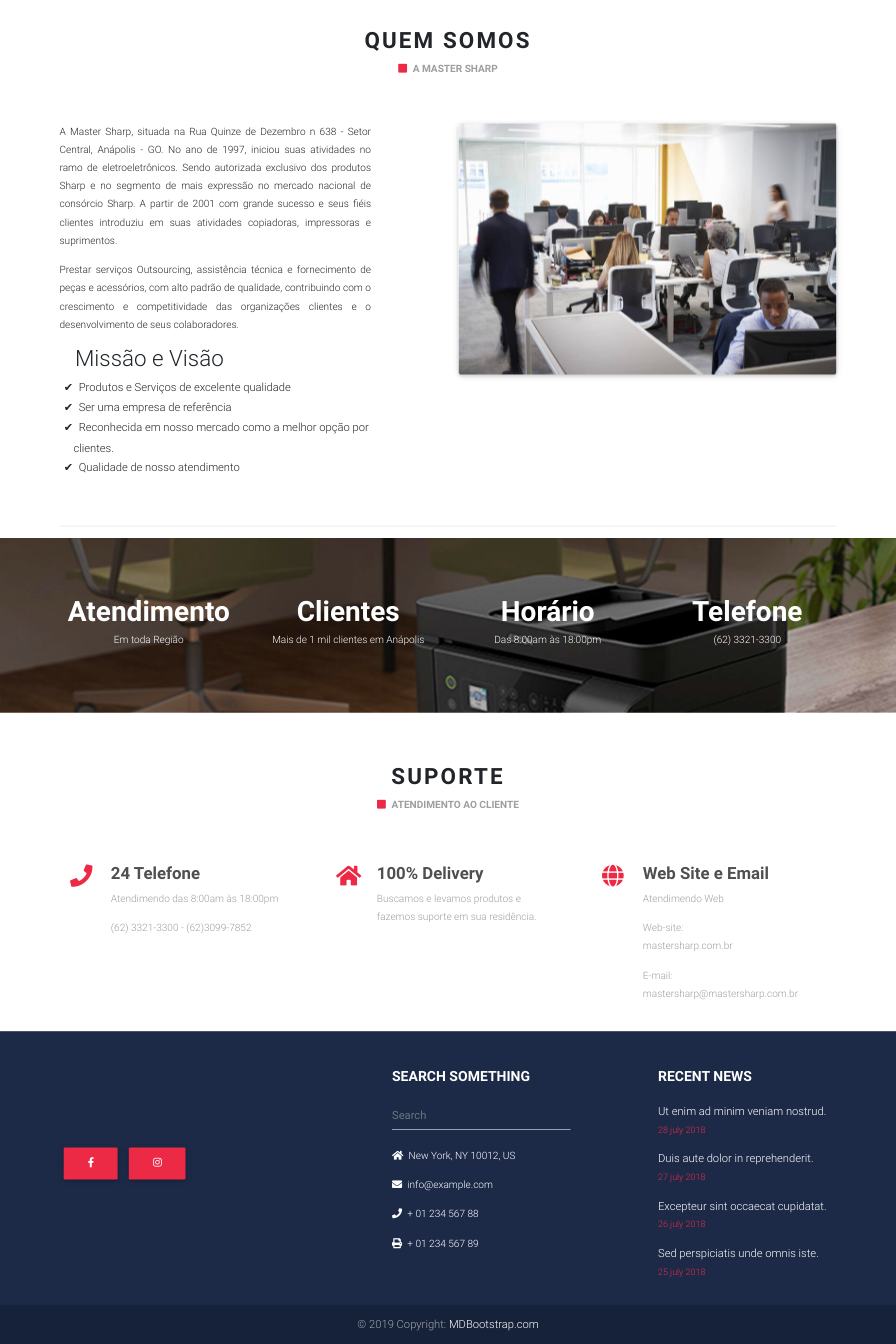
Repository: SalomaoMiguel/mastshap
Page: html/index.html
These files come from the project's save history. The page is drawn as it stood at one moment and after a run of saves; the edit follows.
The browser window is 1280 px wide. The pictures show the part of the page from y = 1373 to 3293 px (the page is 3293 px tall), at 70% of full size.
Some web libraries are served in a nearby version.

Above is the page before, as saved 2021-02-17 15:34:15.

### html/index.html
<!DOCTYPE html>
<html lang="pt-br">

<head>
  <meta charset="utf-8">
  <meta name="viewport" content="width=device-width, initial-scale=1, shrink-to-fit=no">
  <meta http-equiv="x-ua-compatible" content="ie=edge">
  <title>Master Sharp</title>
  <!-- Font Awesome -->
  <link rel="stylesheet" href="https://use.fontawesome.com/releases/v5.8.2/css/all.css">
  <!-- Bootstrap core CSS -->
  <link href="../css/bootstrap.min.css" rel="stylesheet">
  <!-- Material Design Bootstrap -->
  <link href="../css/mdb.min.css" rel="stylesheet">
  <style>
    html,
        body,
        header,
        .jarallax {
          height: 100%;
        }

        @media (min-width: 560px) and (max-width: 740px) {
          html,
          body,
          header,
          .jarallax {
            height: 500px;
          }
        }

        @media (min-width: 800px) and (max-width: 850px) {
            html,
            body,
            header,
            .jarallax {
              height: 600px;
            }
        }

        @media (min-width: 800px) and (max-width: 850px) {
            .navbar:not(.top-nav-collapse) {
                background: #24355c!important;
            }
            .navbar {
              box-shadow: 0 2px 5px 0 rgba(0,0,0,.16), 0 2px 10px 0 rgba(0,0,0,.12) !important;
            }
        }
    </style>
</head>

<body class="intro-page transport-lp">

  <!--Navigation & Intro-->
  <header>

    <!--Navbar-->
    <nav class="navbar fixed-top navbar-expand-lg navbar-dark scrolling-navbar" style="background-color: #f7f7f7!important;">
      <div class="container">
        <a class="navbar-brand" href="#"><img src="../imga/logo/logomastersharp.png" class="img-fluid  " alt="My photo"></a>
        <button class="navbar-toggler" type="button" data-toggle="collapse" data-target="#navbarSupportedContent"
          aria-controls="navbarSupportedContent" aria-expanded="false" aria-label="Toggle navigation">
          <span class="navbar-toggler-icon"></span>
        </button>
        <div class="collapse navbar-collapse " id="navbarSupportedContent">
          <!--Links-->
          <ul class="navbar-nav mr-auto ml-auto smooth-scroll ">
            <li class="nav-item">
              <a class="nav-link text-muted" href="#home">Início <span class="sr-only">(current)</span></a>
            </li>

            <li class="nav-item">
              <a class="nav-link text-muted" href="#about" data-offset="100">Quem Somos</a>
            </li>
            <li class="nav-item">
              <a class="nav-link text-muted" href="#services" data-offset="30">Soluções</a>
            </li>
            <li class="nav-item">
              <a class="nav-link text-muted" href="#features" data-offset="100">Parceiros</a>
            </li>
            <li class="nav-item">
              <a class="nav-link text-muted" href="#suport" data-offset="100">Suporte</a>
            </li>
            <li class="nav-item">
              <a class="nav-link text-muted" href="#contact" data-offset="30">Contato</a>
            </li>
          </ul>

          <!--Social Icons-->
          <ul class="navbar-nav nav-flex-icons">
            <li class="nav-item">
              <a class="nav-link" href="https://api.whatsapp.com/send?phone=5562991729598&#038;text=Gostaria de informações sobre a Master Sharp" target="_blank" rel="noopener noreferrer"><i class="fab fa-whatsapp text-success"> (62) 99172-9598</i></a>
            </li>
            <li class="nav-item">
              <a class="nav-link" href="https://api.whatsapp.com/send?phone=5562993291564&#038;text=Gostaria de informações sobre a Master Sharp" target="_blank" rel="noopener noreferrer" ><i class="fab fa-whatsapp text-success"> (62) 99329-1564</i></a>
            </li>
          </ul>
        </div>
      </div>
    </nav>
    <!--/Navbar-->

    <!-- Intro Section -->
    <div id="home" class="view jarallax" data-jarallax='{"speed": 0.2}' style="background-image: url('../imga/back/impressorapeople.png'); background-repeat: no-repeat; background-size: cover; background-position: center center;">
      <div class="mask rgba-black-light">
        <div class="container h-100 d-flex justify-content-center align-items-center">
          <div class="row smooth-scroll">
            <div class="col-md-12 white-text text-center">
              <div class="wow fadeInDown" data-wow-delay="0.2s">
                <h1 class="display-4 text-uppercase rgba-black-light px-3 py-2"><strong class="font-weight-bold">Master Sharp sempre inovando.</strong></h1>
                <h5 class="white-text mt-5"></h5>
                <h2 class="white-text text-uppercase h2-responsive font-weight-bold mb-5 mt-4"> Oferecendo assim a melhor solução para redução de custos.</h2>
                <a href="https://api.whatsapp.com/send?phone=5562993291564&#038;text=Gostaria de informações sobre a Master Sharp" target="_blank" rel="noopener noreferrer" data-offset="100" class="btn btn-success btn-rounded"><i class="fab fa-whatsapp text-white" style="font-size: 18px;"> <span class="text-white"> </span></i> &nbsp; Fale conosco</a>
              </div>
            </div>
          </div>
        </div>
      </div>
    </div>

  </header>
  <!--/Navigation & Intro-->

  <!--Main content-->
  <main>

    <!--First container-->
    <div class="container-fluid background-z">
      <div class="container">

        <!--Section: Possibilities-->
        <section class="py-4">

          <!--Secion heading-->
          <h2 id="services" class="text-center text-uppercase font-weight-bold mt-5 pt-4 spacing wow fadeIn" data-wow-delay="0.2s"><strong>Soluções</strong></h2>

          <!--Section description-->
          <p class="text-center text-uppercase font-weight-bold grey-text mb-5 pb-3 wow fadeIn" data-wow-delay="0.2s"><i
              class="fas fa-square red-text-2 mr-2" aria-hidden="true"></i> Nossos Serviços</p>

          <!--First row-->
          <div class="row mb-5 wow fadeIn" data-wow-delay="0.4s">

            <div class="col-lg-3 col-md-6 text-center pt-1">
              <div class="icon-area">
                <div class="circle-icon">
                  <i class="fas fa-print"></i>
                </div>
                <br>
                <strong>Locação de Impressoras</strong>
                <p>Soluções Corporativas em impressão e cópias..</p>
              </div>
            </div>

            <div class="col-lg-3 col-md-6 text-center pt-1">
              <div class="icon-area">
                <div class="circle-icon">
                  <i class="fas fa-print"></i>
                </div>
                <br>
                <strong>Manutenção de Impressoras</strong>
                <p>Equipe de Assistência Técnica altamente qualificada, jovem mas competente e com vasta experiência no seu segmento de atuação.</p>
              </div>
            </div>

            <div class="col-lg-3 col-md-6 text-center pt-1">
              <div class="icon-area">
                <div class="circle-icon">
                  <i class="fas fa-print"></i>
                </div>
                <br>
                <strong>Toners e Recargas</strong>
                <p>Somos especializados em recarga de toners. Oferecemos a sua empresa um serviço de qualidade por um preço acessível.</p>
              </div>
            </div>

            <div class="col-lg-3 col-md-6 text-center pt-1">
              <div class="icon-area">
                <div class="circle-icon">
                  <i class="fas fa-print"></i>
                </div>
                <br>
                <strong>Vendas de Impressoras</strong>
                <p>Sharp, Brother, Samsung, Ricoh, HP, Epson e muito mais. Impressoras de varios modelos.</p>
              </div>
            </div>

          </div>
          <!--/First row-->

        </section>
        <!--/Section: Possibilities-->

      </div>
    </div>
    <!--/First container-->

    <!--Second container-->
    <div class="container">

      <!--Section: About-->
      <section id="about" class="about my-5">

        <!--Secion heading-->
        <h2 class="text-center text-uppercase font-weight-bold mt-5 pt-4 pt-4 spacing wow fadeIn" data-wow-delay="0.2s"><strong>Quem Somos</strong></h2>

        <!--Section description-->
        <p class="text-center text-uppercase font-weight-bold grey-text mb-5 pb-3 wow fadeIn" data-wow-delay="0.2s"><i
            class="fas fa-square red-text-2 mr-2" aria-hidden="true"></i>A Master Sharp</p>

        <!--First row-->
        <div class="row">

          <!--First column column-->
          <div class="col-xl-5 col-lg-6 pb-1 wow fadeIn" data-wow-delay="0.4s">

            <!--Description-->
            <p align="justify">A Master Sharp, situada na Rua Quinze de Dezembro n 638 - Setor Central, Anápolis - GO. No ano de 1997, iniciou suas atividades no ramo de eletroeletrônicos. Sendo autorizada exclusivo dos produtos Sharp e no segmento de mais expressão no mercado nacional de consórcio Sharp. A partir de 2001 com grande sucesso e seus fiéis clientes introduziu em suas atividades copiadoras, impressoras e suprimentos.
            </p>

            <p align="justify">Prestar serviços Outsourcing, assistência técnica e fornecimento de peças e acessórios, com alto padrão de qualidade, contribuindo com o crescimento e competitividade das organizações clientes e o desenvolvimento de seus colaboradores.</p>

            <ul>
              <h2> Missão e Visão</h2>
              <li>Produtos e Serviços de excelente qualidade</li>
              <li>Ser uma empresa de referência</li>
              <li>Reconhecida em nosso mercado como a melhor opção por clientes.</li>
              <li>Qualidade de nosso atendimento</li>
            </ul>

          </div>
          <!--/First column-->

          <!--Column column-->
          <div class="col-xl-6 ml-lg-auto col-lg-6 mb-5 wow fadeIn" data-wow-delay="0.4s">

            <!--Image-->
            <img src="../imga/back/officess.jpg" class="img-fluid rounded z-depth-1"
              alt="My photo">

          </div>
          <!--/Column column-->

        </div>
        <!--/First row-->

      </section>
      <!--/Section: About-->

      <hr>

      <!--Section: Services-->

      <!--/Section: Services-->

    </div>
    <!--/Second container-->

    <!--Streak-->
    <div class="streak streak-photo" style="background-image:url('../imga/back/epson.jpg')">
      <div class="mask flex-center rgba-black-light">
        <div class="container">

          <!--First row -->
          <div class="row text-white text-center wow fadeIn" data-wow-delay="0.2s">

            <!--First column -->
            <div class="col-md-3 mb-2">
              <h1 class="white-text mb-1 font-weight-bold"><strong>Atendimento</strong></h1>
              <p>Em toda Região</p>
            </div>
            <!-- First column -->

            <!--Second column -->
            <div class="col-md-3 mb-2">
              <h1 class="white-text mb-1 font-weight-bold"><strong>Clientes</strong></h1>
              <p>Mais de 1 mil clientes em Anápolis</p>
            </div>
            <!-- Second column -->

            <!--Third column -->
            <div class="col-md-3 mb-2">
              <h1 class="white-text mb-1 font-weight-bold"><strong>Horário</strong></h1>
              <p>Das 8:00am às 18:00pm</p>
            </div>
            <!-- Third column -->

            <!--Fourth column -->
            <div class="col-md-3">
              <h1 class="white-text mb-1 font-weight-bold"><strong>Telefone</strong></h1>
              <p>(62) 3321-3300</p>
            </div>
            <!-- Fourth column -->

          </div>
          <!-- First row -->
        </div>
      </div>
    </div>
    <!--/Streak-->

    <!--Third container-->
    <div class="container">

      <!--Section: Features v.4-->
      <section id="suport" class="feature-box">

        <!--Secion heading-->
        <h2 class="text-center text-uppercase font-weight-bold mt-5 pt-4 spacing wow fadeIn" data-wow-delay="0.2s"><strong>Suporte</strong></h2>

        <!--Section description-->
        <p class="text-center text-uppercase font-weight-bold grey-text mb-5 wow fadeIn" data-wow-delay="0.2s"><i class="fas fa-square red-text-2 mr-2"
            aria-hidden="true"></i>Atendimento ao cliente</p>

        <!--Grid row-->
        <div class="row features-small pt-4">

          <!--Grid column-->
          <div class="col-md-4 mb-4">
            <div class="col-1 col-md-2 float-left">
              <i class="fas fa-phone red-text-2 fa-2x"></i>
            </div>
            <div class="col-10 col-md-9 col-lg-10 float-right">
              <h4 class="font-weight-bold dark-grey-text">24 Telefone </h4>
              <p class="grey-text"> Atendimendo das 8:00am às 18:00pm</p>
              <p class="grey-text"> (62) 3321-3300 - (62)3099-7852</p>
            </div>
          </div>
          <!--Grid column-->

          <!--Grid column-->
          <div class="col-md-4 mb-4">
            <div class="col-1 col-md-2 float-left">
              <i class="fas fa-home red-text-2 fa-2x"></i>
            </div>
            <div class="col-10 col-md-9 col-lg-10 float-right">
              <h4 class="font-weight-bold dark-grey-text">100% Delivery</h4>
              <p class="grey-text"> Buscamos e levamos produtos e fazemos suporte em sua residência.</p>
            </div>
          </div>
          <!--Grid column-->

          <!--Grid column-->
          <div class="col-md-4 mb-4">
            <div class="col-1 col-md-2 float-left">
              <i class="fas fa-globe red-text-2 fa-2x"></i>
            </div>
            <div class="col-10 col-md-9 col-lg-10 float-right">
              <h4 class="font-weight-bold dark-grey-text">Web Site e  Email</h4>
              <p class="grey-text">Atendimendo Web</p>
              <p class="grey-text">Web-site:&emsp;&emsp;&emsp;&emsp;&emsp;&emsp;mastersharp.com.br</p>
              <p class="grey-text">E-mail: mastersharp@mastersharp.com.br</p>
            </div>
          </div>
          <!--Grid column-->

        </div>
        <!--Grid row-->

      </section>
      <!--/Section: Features v.4-->

    </div>
    <!--/Third container-->

    <!--Fourth container-->

    <!--/Fourth container-->

    <!--Fifth container-->

    <!--/Fifth container-->

  </main>
  <!--/Main content-->

  <!--Footer-->
  <footer class="page-footer mdb-color darken-3 text-center text-md-left pt-5">

    <!--Footer Links-->
    <div class="container mb-3">

      <!--First row-->
      <div class="row">

        <!--First column-->
        <div id="contact" class="col-md-4 mt-1 mb-1 wow fadeIn" data-wow-delay="0.3s" >
          <!--About-->
          <h5 class="title mb-4 font-weight-bold"></h5>

          <p>&emsp;</p>

          <p>&emsp;</p>
          <!--/About -->

          <div class="footer-socials mt-2 mr-md-auto ml-md-auto" >
            <!--Facebook-->
            <a    href="https://www.facebook.com/mastersharp.aps/"  type="button" class="btn  btn-danger-2"><i class="fab fa-facebook-f"></i></a>
            <!--Dribbble-->
            <a  href="https://www.instagram.com/master.sharp/" type="button" class="btn  btn-danger-2"><i class="fab fa-instagram"></i></a>
          </div>
        </div>
        <!--/First column-->

        <hr class="w-100 clearfix d-md-none">

        <!--Second column-->
        <div class="col-lg-3 ml-lg-auto col-md-4 mt-1 mb-1 wow fadeIn" data-wow-delay="0.3s">
          <!--Search-->
          <h5 class="text-uppercase mb-4 font-weight-bold">Search something</h5>

          <ul class="footer-search list-unstyled">
            <li>
              <form class="search-form" role="search">
                <div class="md-form">
                  <input type="text" class="form-control" placeholder="Search">
                </div>
              </form>
            </li>
          </ul>

          <!--Info-->
          <p><i class="fas fa-home pr-1"></i> New York, NY 10012, US</p>
          <p><i class="fas fa-envelope pr-1"></i> info@example.com</p>
          <p><i class="fas fa-phone pr-1"></i> + 01 234 567 88</p>
          <p><i class="fas fa-print pr-1"></i> + 01 234 567 89</p>

        </div>
        <!--/Second column-->

        <hr class="w-100 clearfix d-md-none">

        <!--Third column-->
        <div class="col-lg-3 ml-lg-auto col-md-4 mt-1 mb-1 wow fadeIn" data-wow-delay="0.3s">
          <!--Contact-->
          <h5 class="text-uppercase mb-4 font-weight-bold">Recent news</h5>

          <ul class="footer-posts list-unstyled">
            <li><a>Ut enim ad minim veniam nostrud.</a><span>
                <p class="red-text-2 font-small">28 july 2018</p>
              </span></li>
            <li><a>Duis aute dolor in reprehenderit.</a><span>
                <p class="red-text-2 font-small">27 july 2018</p>
              </span></li>
            <li><a>Excepteur sint occaecat cupidatat.</a><span>
                <p class="red-text-2 font-small">26 july 2018</p>
              </span></li>
            <li><a>Sed perspiciatis unde omnis iste.</a><span>
                <p class="red-text-2 font-small">25 july 2018</p>
              </span></li>
          </ul>

        </div>
        <!--/Third column-->

      </div>
      <!--/First row-->

    </div>
    <!--/Footer Links-->

    <!--Copyright-->
    <div class="footer-copyright py-3 text-center">
      <div class="container-fluid">
        © 2019 Copyright: <a href="https://mdbootstrap.com/education/bootstrap/" target="_blank"> MDBootstrap.com </a>
      </div>
    </div>
    <!--/Copyright-->

  </footer>
  <!--/Footer-->


  <!-- SCRIPTS -->

  <!-- JQuery -->
  <script type="text/javascript" src="../js/jquery-3.4.1.min.js"></script>

  <!-- Bootstrap tooltips -->
  <script type="text/javascript" src="../js/popper.min.js"></script>

  <!-- Bootstrap core JavaScript -->
  <script type="text/javascript" src="../js/bootstrap.min.js"></script>

  <!-- MDB core JavaScript -->
  <script type="text/javascript" src="../js/mdb.min.js"></script>

  <script>
    //Animation init
    new WOW().init();

  </script>

</body>

</html>

Loaded but not shown: css/bootstrap.min.css (library); css/mdb.min.css (library); js/jquery-3.4.1.min.js (library); js/popper.min.js (library); js/bootstrap.min.js (library); js/mdb.min.js (library)

After the next 10 saves:
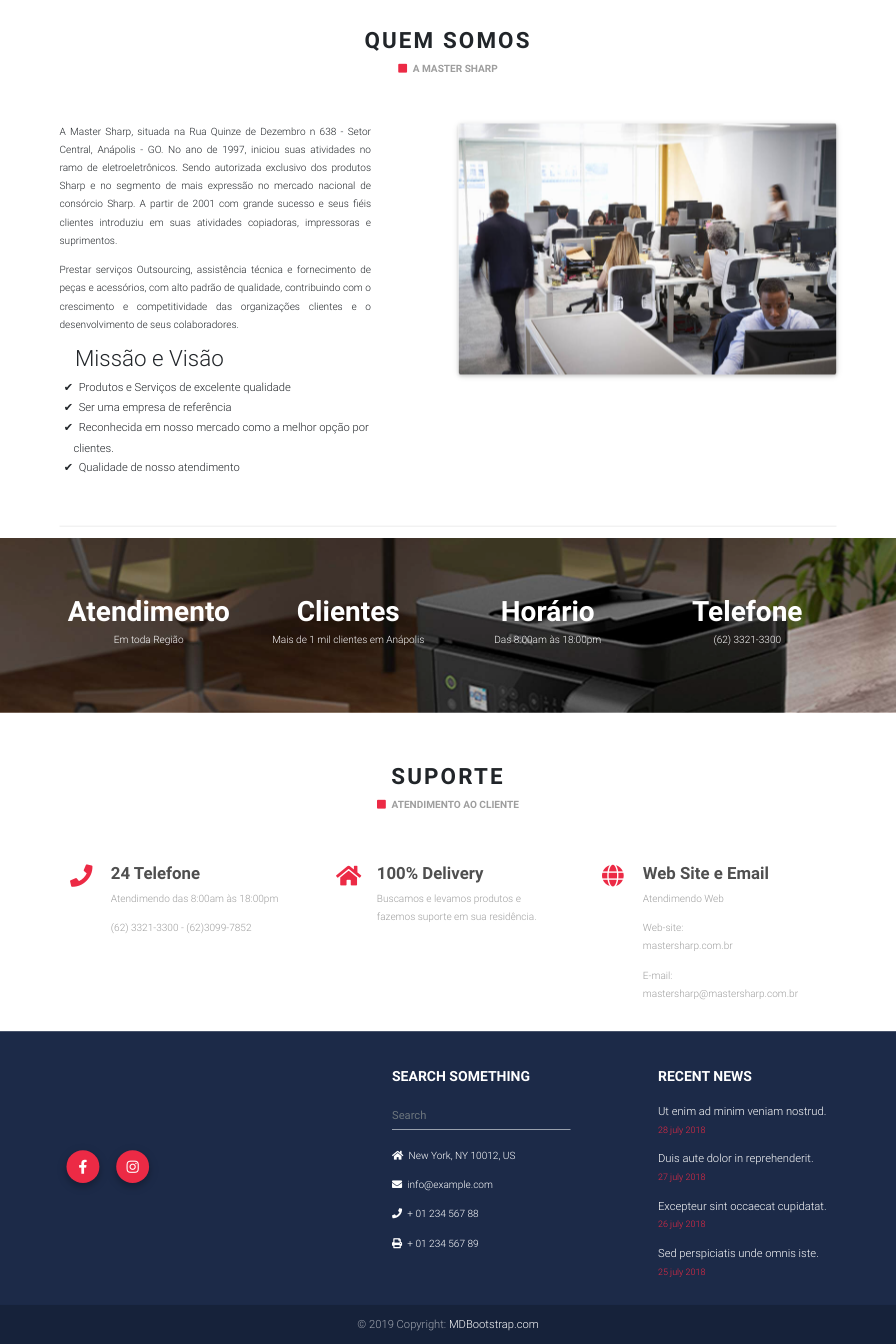
The 10 saves are shown as one change because they came seconds apart.
The last was saved 25 s later.
--- a/html/index.html
+++ b/html/index.html
@@ -395,9 +395,9 @@
 
           <div class="footer-socials mt-2 mr-md-auto ml-md-auto" >
             <!--Facebook-->
-            <a    href="https://www.facebook.com/mastersharp.aps/"  type="button" class="btn  btn-danger-2"><i class="fab fa-facebook-f"></i></a>
+            <a    href="https://www.facebook.com/mastersharp.aps/"  type="button" class="btn-floating  btn-danger-2"><i class="fab fa-facebook-f"></i></a>
             <!--Dribbble-->
-            <a  href="https://www.instagram.com/master.sharp/" type="button" class="btn  btn-danger-2"><i class="fab fa-instagram"></i></a>
+            <a  href="https://www.instagram.com/master.sharp/" type="button" class="btn-floating  btn-danger-2"><i class="fab fa-instagram"></i></a>
           </div>
         </div>
         <!--/First column-->
